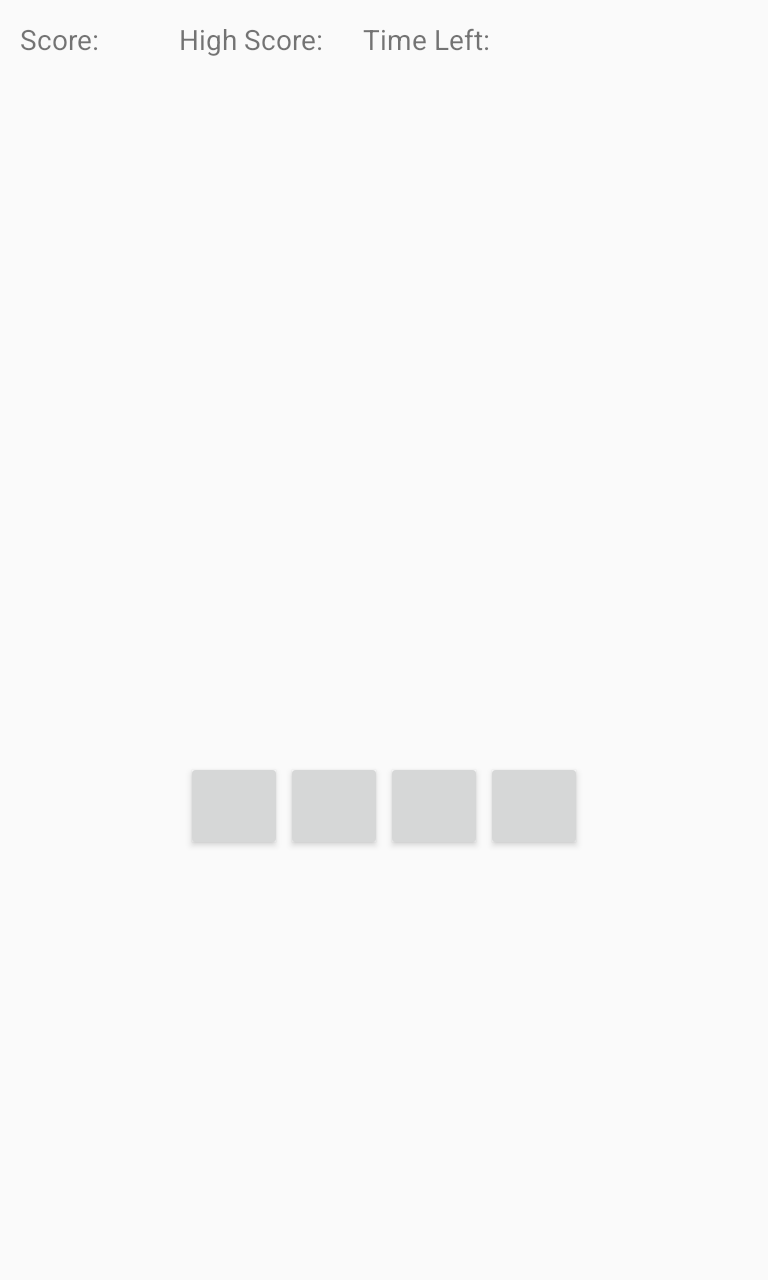
Repository: JoanneCaroll/Mathbomb
Layout: MathBomb/res/layout/activity_startgame.xml
An editor plug-in stored every save of this project. The layout is shown before and after the next save, followed by the edit.
It is drawn on a 768 x 1280 px phone screen (xhdpi) without system bars, with theme AppTheme; the app's code is not run.

Above is the layout before, as saved 2014-11-12 11:10:23.

### MathBomb/res/layout/activity_startgame.xml
<LinearLayout xmlns:android="http://schemas.android.com/apk/res/android"
    android:layout_gravity="center"
    android:orientation="vertical"
    android:layout_width="match_parent"
    android:layout_height="match_parent" >

	<TableLayout
	    android:layout_width="match_parent"
	    android:layout_height="wrap_content"
	    android:orientation="horizontal" >
	    <TableRow>
		    <TextView
		        android:padding="10dp"
		        android:id="@+id/score"
		        android:layout_width="wrap_content"
		        android:layout_height="wrap_content"
		        android:text="@string/score" />
		    <TextView
		        android:id="@+id/showscore"
		        android:layout_width="20dp"
		        android:layout_height="wrap_content" />
		    <TextView
		        android:padding="10dp"
		        android:id="@+id/highscore"
		        android:layout_width="wrap_content"
		        android:layout_height="wrap_content"
		        android:text="@string/highscore" />
		    <TextView
		        android:id="@+id/showhighscore"
		        android:layout_width="wrap_content"
		        android:layout_height="wrap_content" />
		   <TextView
		        android:padding="10dp"
		        android:id="@+id/time"
		        android:layout_width="wrap_content"
		        android:layout_height="wrap_content"
		        android:text="@string/timeleft" />
		    <TextView
		        android:id="@+id/showtimeleft"
		        android:layout_width="wrap_content"
		        android:layout_height="wrap_content" />
	    </TableRow>
	</TableLayout>

    <RelativeLayout
            android:gravity="center"
            android:layout_width="match_parent"
            android:layout_height="wrap_content"
            android:padding="10dp" >

	     <TextView
		    android:id="@+id/integer1"
		    android:layout_width="wrap_content"
		    android:layout_height="wrap_content"
		    android:padding="5dp"
		    android:textSize="50dp" />
		 <TextView
		    android:layout_toRightOf="@id/integer1"
		    android:id="@+id/operator"
		    android:layout_width="wrap_content"
		    android:layout_height="wrap_content"
		    android:padding="5dp"
		    android:textSize="50dp" />
		 <TextView
		    android:layout_toRightOf="@id/operator"
		    android:id="@+id/integer2"
		    android:layout_width="wrap_content"
		    android:layout_height="wrap_content"
		    android:padding="5dp"
		    android:textSize="50dp" />

    </RelativeLayout>

	<TextView
	    	android:layout_gravity="center"
		    android:id="@+id/showresult"
		    android:layout_width="wrap_content"
		    android:layout_height="wrap_content"
		    android:textSize="15dp"
		    android:textStyle="bold"
		    android:padding="5dp" />

	<RelativeLayout
	        android:layout_width="match_parent"
	        android:layout_height="wrap_content"
	        android:gravity="center" >

		    <Button
		        android:layout_alignParentBottom="true"
		        android:id="@+id/choice1"
		        android:layout_width="50dp"
		        android:layout_height="wrap_content" />
		    <Button
		        android:layout_alignParentBottom="true"
		        android:id="@+id/choice2"
		        android:layout_toRightOf="@id/choice1"
		        android:layout_width="50dp"
		        android:layout_height="wrap_content" />
		    <Button
		        android:layout_alignParentBottom="true"
		        android:id="@+id/choice3"
		        android:layout_toRightOf="@id/choice2"
		        android:layout_width="50dp"
		        android:layout_height="wrap_content" />
		     <Button
		        android:layout_alignParentBottom="true"
		        android:id="@+id/choice4"
		        android:layout_toRightOf="@id/choice3"
		        android:layout_width="50dp"
		        android:layout_height="wrap_content" />

	</RelativeLayout>

</LinearLayout>

### MathBomb/res/values/strings.xml
<?xml version="1.0" encoding="utf-8"?>
<resources>

    <string name="app_name">MathBomb</string>
    <string name="action_settings">Settings</string>
    <string name="score">Score: </string>
    <string name="timeleft">Time Left: </string>
    <string name="highscore">High Score: </string>
    <string name="highscoretitle">HIGH SCORE</string>
    <string name="ok">Ok</string>
	<string name="setRange">Choose Range of Numbers: </string>

	<string name="menuplay">Play!</string>
	<string name="menuhighscore">High Score</string>
	<string name="menuhowtoplay">How to Play</string>
	<string name="menusettings">Settings</string>
	<string name="menuexit">Exit</string>

</resources>

Loaded but not shown: MathBomb/res/values/styles.xml (common file); MathBomb/res/values-v11/styles.xml (common file); MathBomb/res/values-v14/styles.xml (common file)

After the next save:
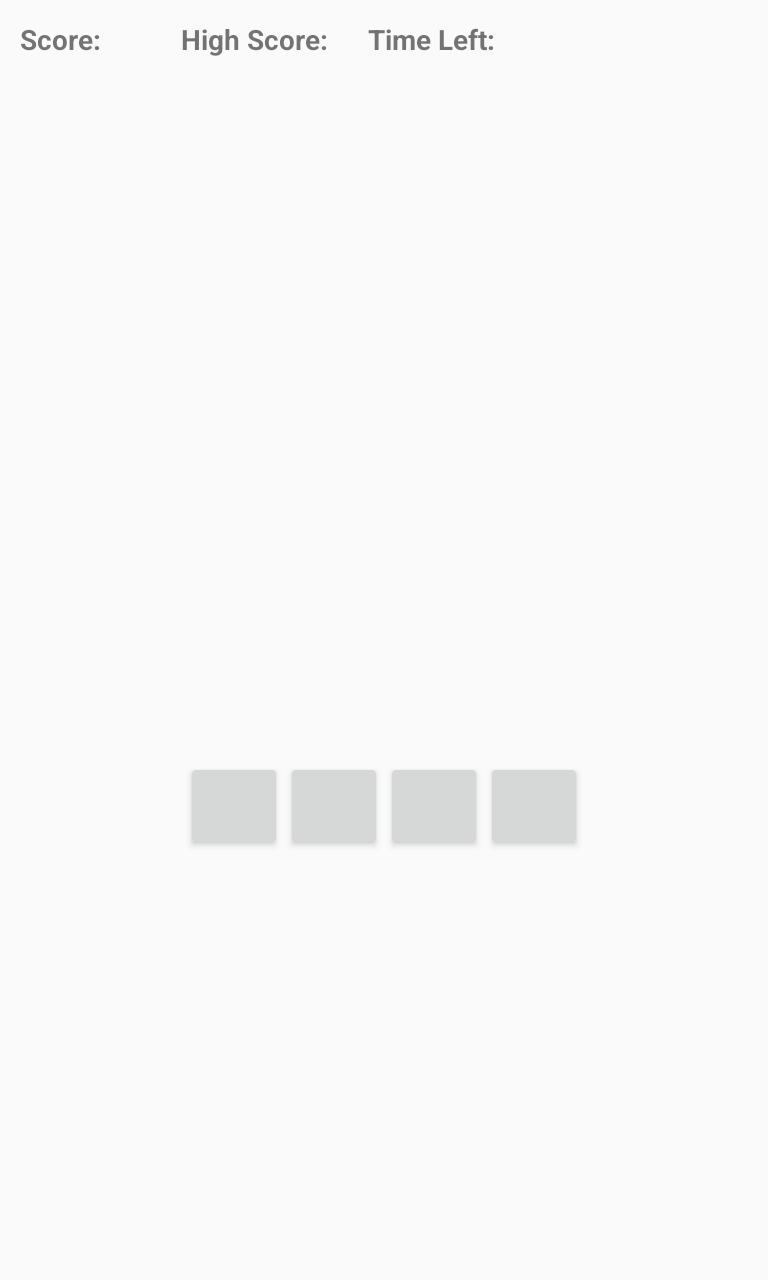
Saved 25 s later.
--- a/MathBomb/res/layout/activity_startgame.xml
+++ b/MathBomb/res/layout/activity_startgame.xml
@@ -14,7 +14,8 @@
 		        android:id="@+id/score"
 		        android:layout_width="wrap_content"
 		        android:layout_height="wrap_content"
-		        android:text="@string/score" />
+		        android:text="@string/score"
+		        android:textStyle="bold" />
 		    <TextView
 		        android:id="@+id/showscore"
 		        android:layout_width="20dp"
@@ -24,7 +25,8 @@
 		        android:id="@+id/highscore"
 		        android:layout_width="wrap_content"
 		        android:layout_height="wrap_content"
-		        android:text="@string/highscore" />
+		        android:text="@string/highscore"
+		        android:textStyle="bold" />
 		    <TextView
 		        android:id="@+id/showhighscore"
 		        android:layout_width="wrap_content"
@@ -34,7 +36,8 @@
 		        android:id="@+id/time"
 		        android:layout_width="wrap_content"
 		        android:layout_height="wrap_content"
-		        android:text="@string/timeleft" />
+		        android:text="@string/timeleft"
+		        android:textStyle="bold" />
 		    <TextView
 		        android:id="@+id/showtimeleft"
 		        android:layout_width="wrap_content"
